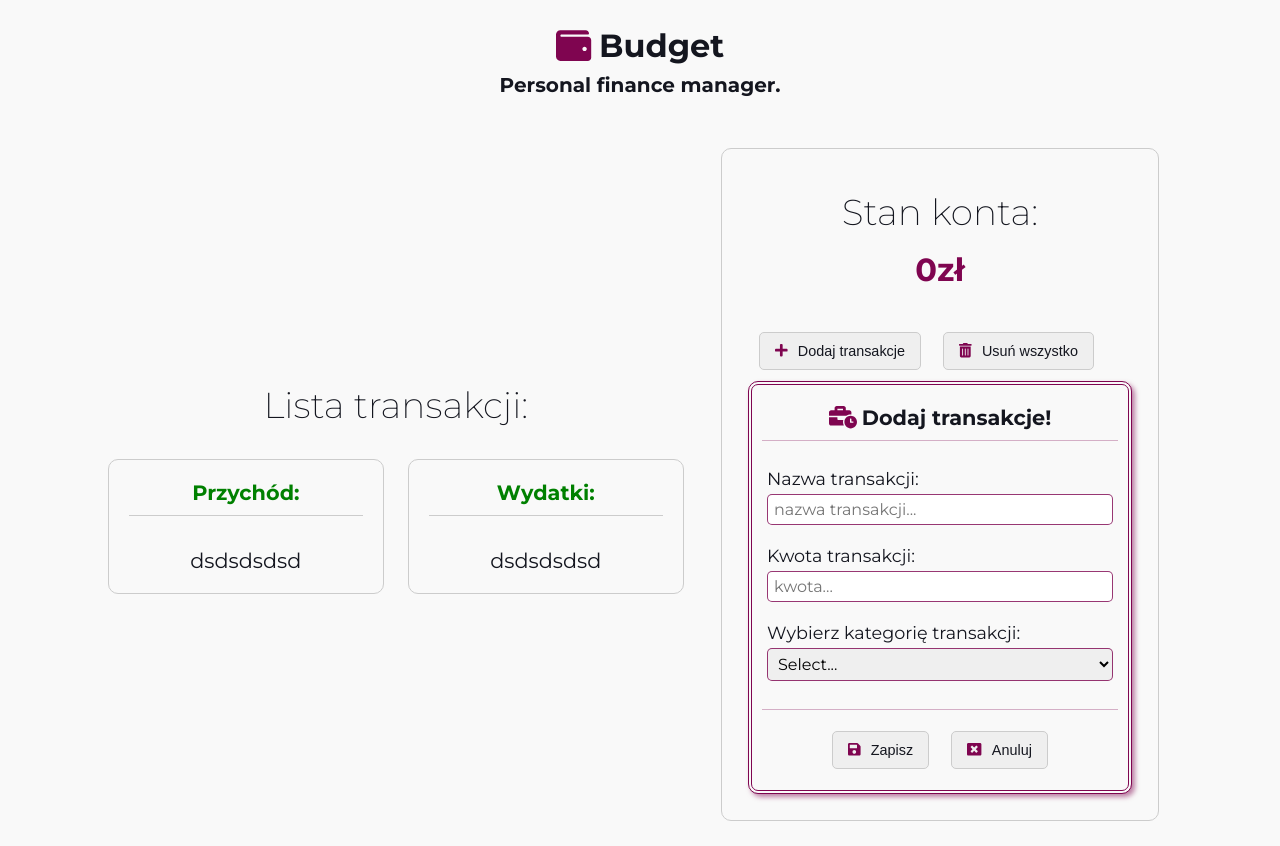
Repository: KrzysKolo/sr_tydzien4_zad4
Page: /
The author's editor kept a copy of each file at every save. The page is drawn from the files as they stood at one save, then again after the next save.
The browser window is 1280 px wide. The pictures show the whole page.
Some web libraries are served in a nearby version. The project was rebuilt for these pictures with package versions that can differ from the ones it lists, and the page was loaded fresh each time. Also part of the build but not shown: src/components/budgetComponents/formComponents/ErrorMessage.js.

Above is the page before, as saved 2020-12-03 16:59:26.

After the next save:
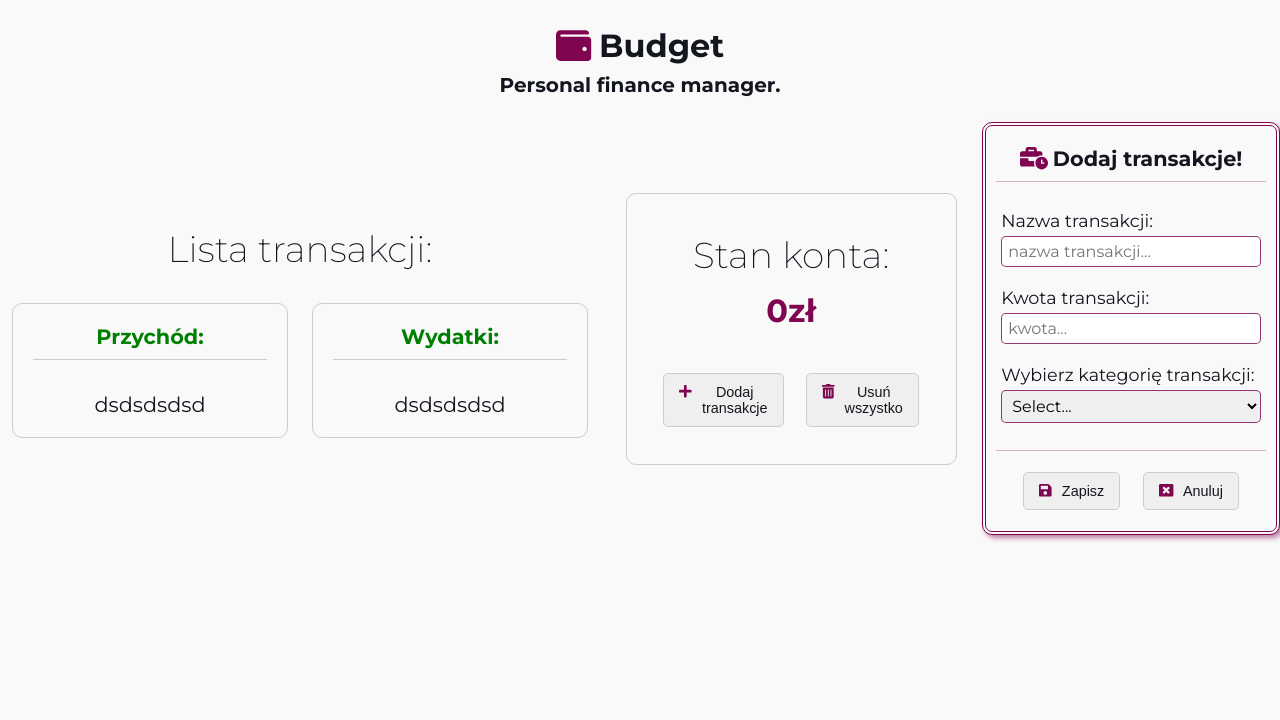
Saved 54 s later.
--- a/src/components/budgetComponents/SectionInfo.js
+++ b/src/components/budgetComponents/SectionInfo.js
@@ -31,9 +31,9 @@ const SectionInfo = ({ title }) => {
                 <Button title="Dodaj transakcje" icons={faPlus} type="submit" />
                 <Button title="Usuń wszystko" icons={faTrashAlt} type="submit"/>
            </ButtonWrapper>
+
+        </SectionWrapper>
         <Form />
-        </SectionWrapper>
-
         </>
     )
 }
